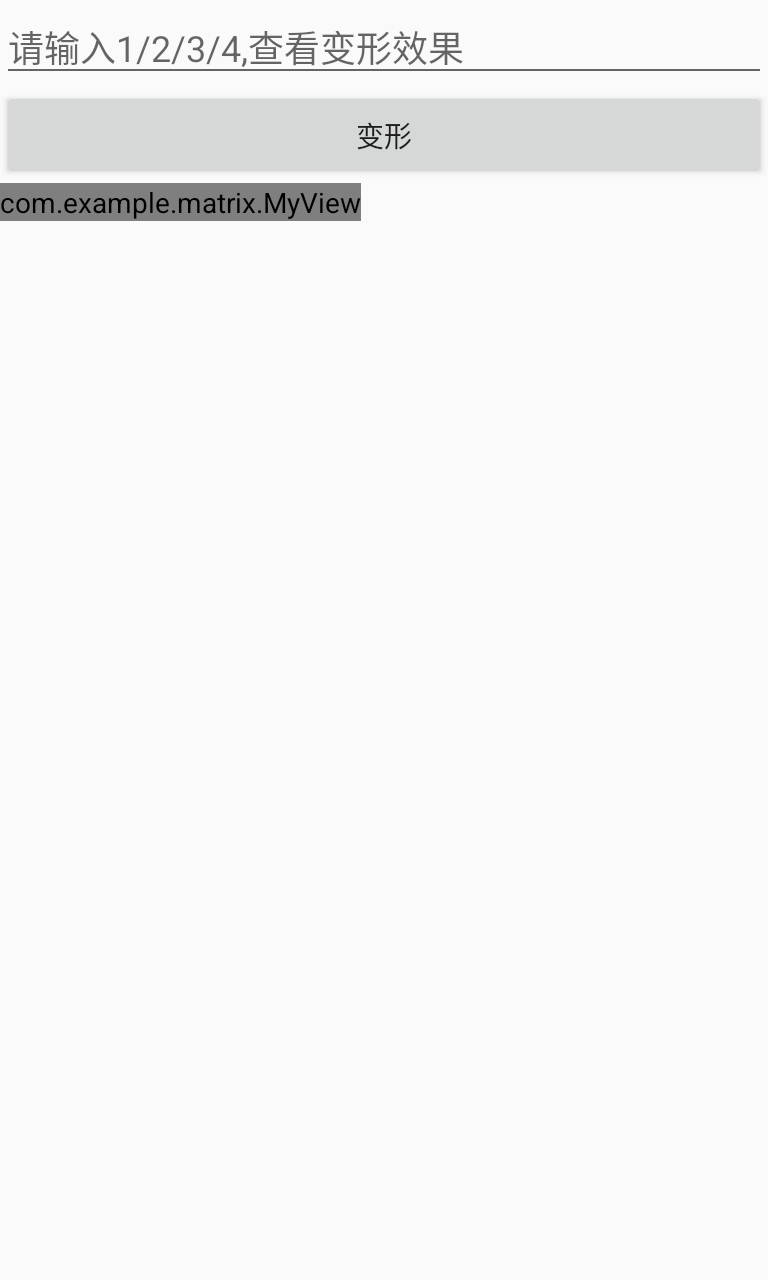
Repository: 18810012802/creazyAndroid
Layout: workspace3/matrix/res/layout/activity_main.xml
The author's editor kept a copy of each file at every save. The layout is drawn from the files as they stood at one save, then again after the next save.
Pictures or frames that could not be fetched are drawn as grey boxes. It is drawn on a 768 x 1280 px phone screen (xhdpi) without system bars, with theme AppTheme; the app's code is not run.

Above is the layout before, as saved 2016-05-08 16:09:28.

After the next save:
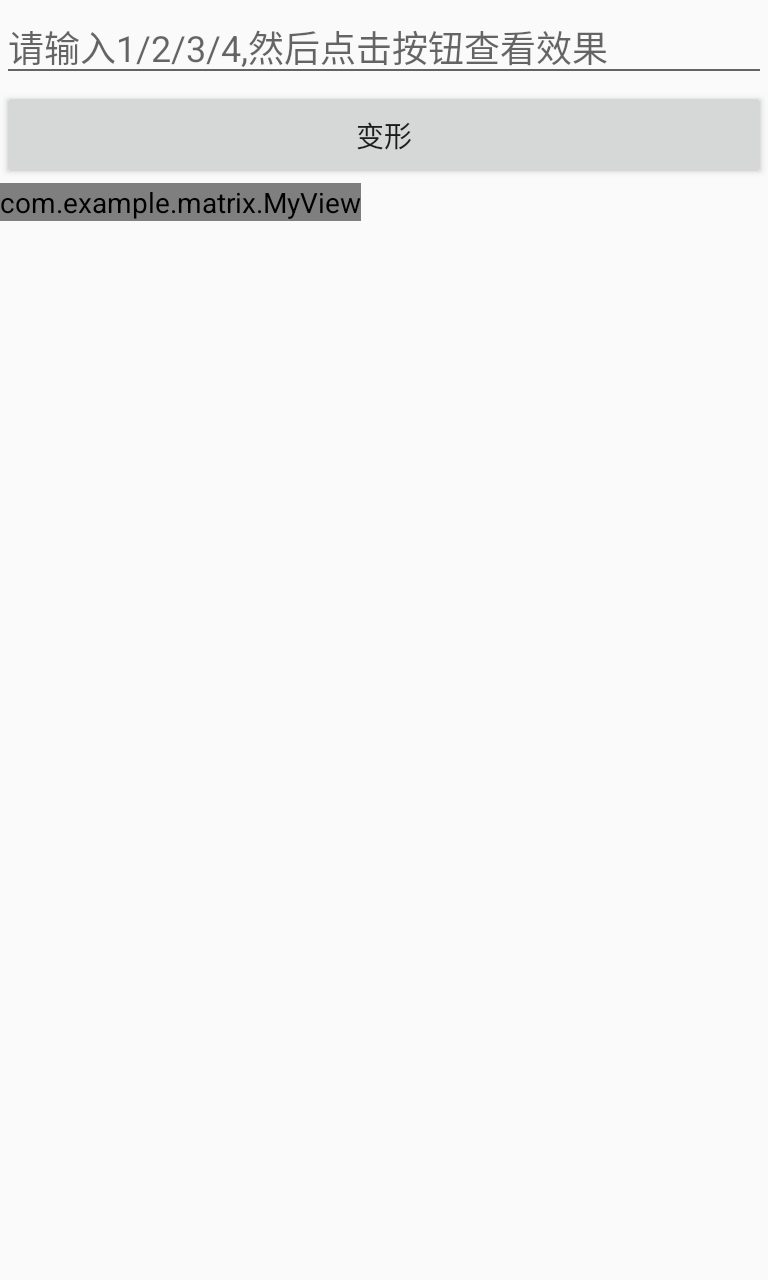
Saved 24 s later.
--- a/workspace3/matrix/res/layout/activity_main.xml
+++ b/workspace3/matrix/res/layout/activity_main.xml
@@ -9,7 +9,7 @@
           android:layout_width="match_parent"
         android:layout_height="wrap_content"
         android:inputType="number"
-        android:hint="请输入1/2/3/4,查看变形效果"
+        android:hint="请输入1/2/3/4,然后点击按钮查看效果"
          />
         <Button
          android:id="@+id/bn"
